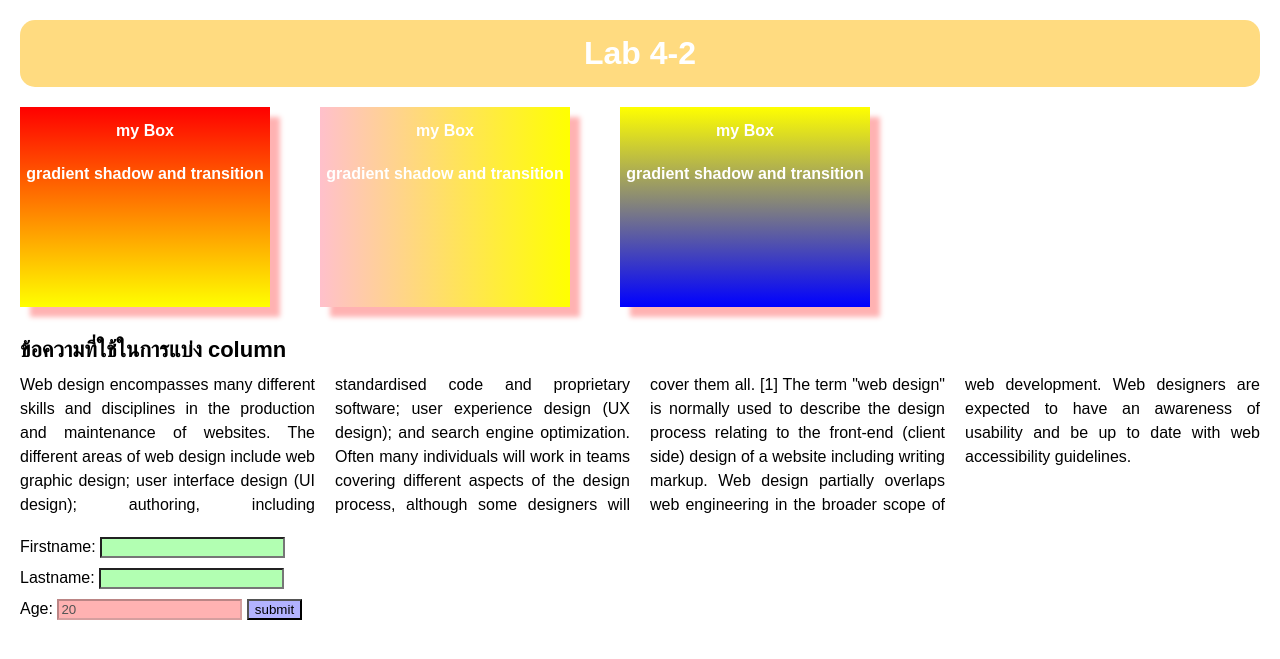
Repository: nuwat-wa/Lab_Ass_WebDesign
Page: HW04-2_IT_Sec1/lab4-2.html
These files come from the project's save history. The page is drawn as it stood at one moment and after the next save; the edit follows.
The browser window is 1280 px wide. The pictures show the whole page.

Above is the page before, as saved 2026-10-20 23:31:28.

After the next save:
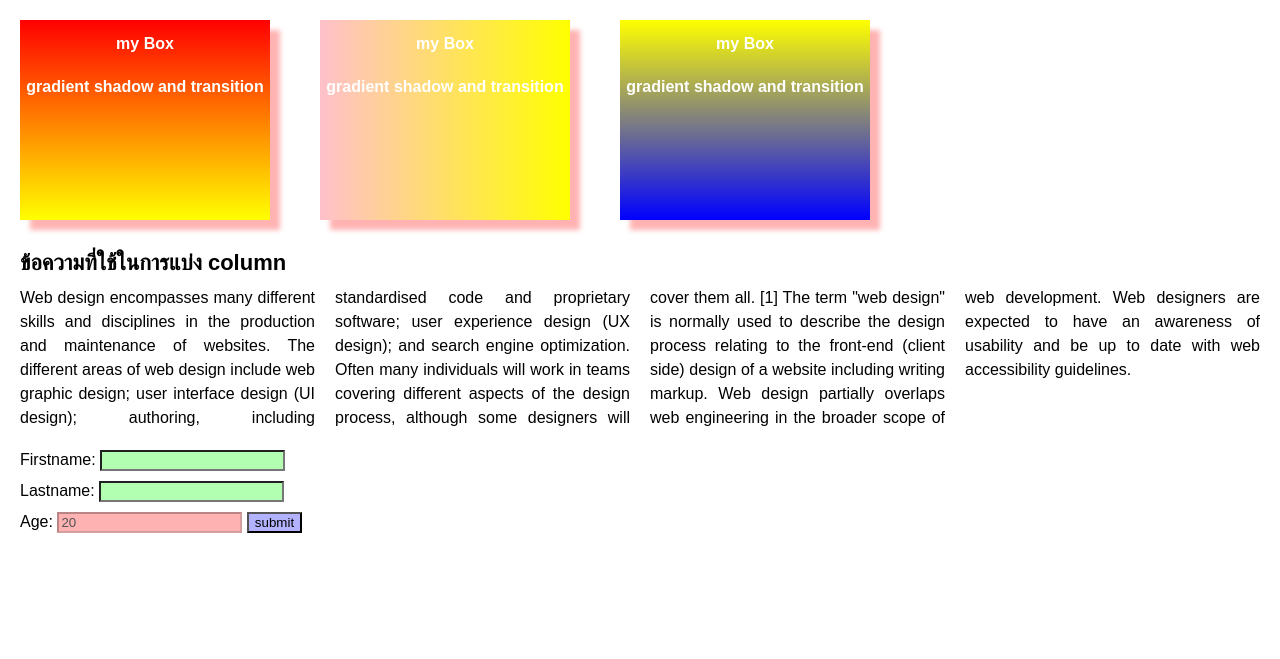
Saved 69 s later.
--- a/HW04-2_IT_Sec1/lab4-2.html
+++ b/HW04-2_IT_Sec1/lab4-2.html
@@ -112,10 +112,6 @@
   </head>
 
   <body>
-    <header>
-      <h1>Lab 4-2</h1>
-    </header>
-
     <section class="box-container">
       <div class="box box1">
         <h2>my Box</h2>
